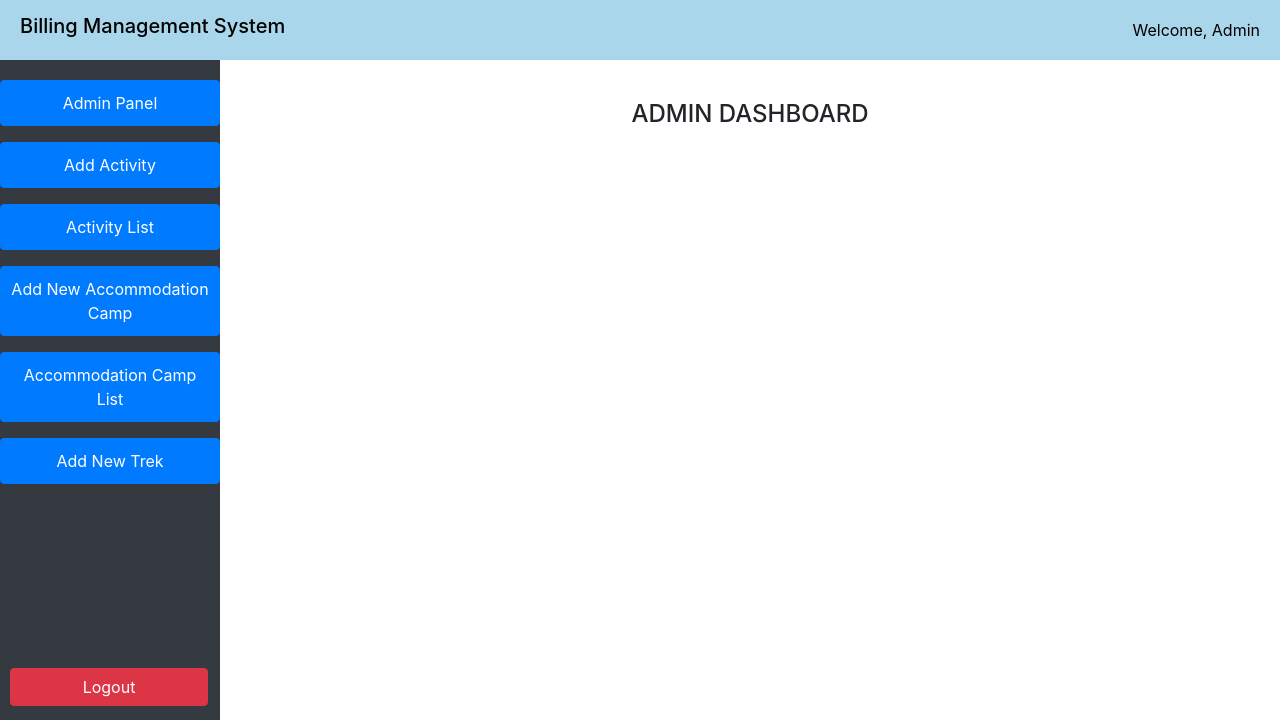
Repository: ruturajsurwase/Thymleaf-Projects
Page: http://localhost/admin_dashboard
The author's editor kept a copy of each file at every save. The page is drawn from the files as they stood at one save, then again after the next save.
The browser window is 1280 px wide. The pictures show the whole page.
Some web libraries are served in a nearby version. The page is this project's Thymeleaf template; nobody is signed in. The template is opened directly, without the code that normally fills it, so the values that code supplies are empty.

Above is the page before, as saved 2024-12-12 09:26:09.

### WEEKENDFEELS/src/main/resources/templates/admin_dashboard.html
<!DOCTYPE html>
<html xmlns:th="http://www.thymeleaf.org">
<head>
<title>Management System</title>
<link
	href="https://maxcdn.bootstrapcdn.com/bootstrap/4.5.2/css/bootstrap.min.css"
	rel="stylesheet">
<style>
.container {
	margin-top: 30px;
}

.topbar {
	width: 100%;
	height: 60px;
	background-color: #aad6ec;
	color: black;
	position: fixed;
	top: 0;
	left: 0;
	z-index: 1000;
	display: flex;
	align-items: center;
	justify-content: space-between;
	padding: 0 20px;
}

.sidebar {
	height: 100vh;
	position: fixed;
	left: 0;
	top: 60px;
	background-color: #343a40;
	color: white;
	padding-top: 20px;
	width: 220px;
}

.sidebar a {
	color: white;
	display: block;
	padding: 10px;
	text-decoration: none;
	font-size: 16px;
}

.sidebar a:hover {
	background-color: #81b1ce;
}

.content {
	margin-left: 220px;
	margin-top: 80px;
	padding: 20px;
}

.table th, .table td {
	vertical-align: middle;
}

.logout-btn {
	position: absolute;
	bottom: 74px;
	width: 90%;
	left: 10px;
}

</style>
</head>
<body>

	<!-- Topbar -->
	<div class="topbar">
		<div class="logo">
			<h5> Billing Management System</h5>
		</div>
		<div class="user-info">
			<span>Welcome, Admin</span>
		</div>
	</div>

	<!-- Sidebar -->
<div class="sidebar">

        <a href="/" class="btn btn-primary btn-block mb-3">Admin Panel</a>

		<a href="/add" 	class="btn btn-primary btn-block mb-3">Add Activity</a>

		<a href="/listActivities" 	class="btn btn-primary btn-block mb-3">Activity List</a>

		<a href="/accommodations/add" class="btn btn-primary btn-block mb-3">Add New Accommodation Camp</a>

	   <a href="/accommodations/add" class="btn btn-primary btn-block mb-3">Accommodation Camp List</a>

	    <a href="/trek/add" class="btn btn-primary btn-block mb-3">Add New Trek</a>


		<!-- Logout Button -->
    <form th:action="@{/logout}" method="post" class="logout-btn">
        <button type="submit" class="btn btn-danger btn-block">Logout</button>
    </form>


</div>

	<!-- Main Content -->
	<div class="content">
		<h4 class="text-center">ADMIN DASHBOARD</h4>
	</div>

<script src="https://code.jquery.com/jquery-3.5.1.slim.min.js"></script>
	<script
		src="https://cdn.jsdelivr.net/npm/@popperjs/core@2.5.4/dist/umd/popper.min.js"></script>
	<script
		src="https://stackpath.bootstrapcdn.com/bootstrap/4.5.2/js/bootstrap.min.js"></script>
</body>

</html>

After the next save:
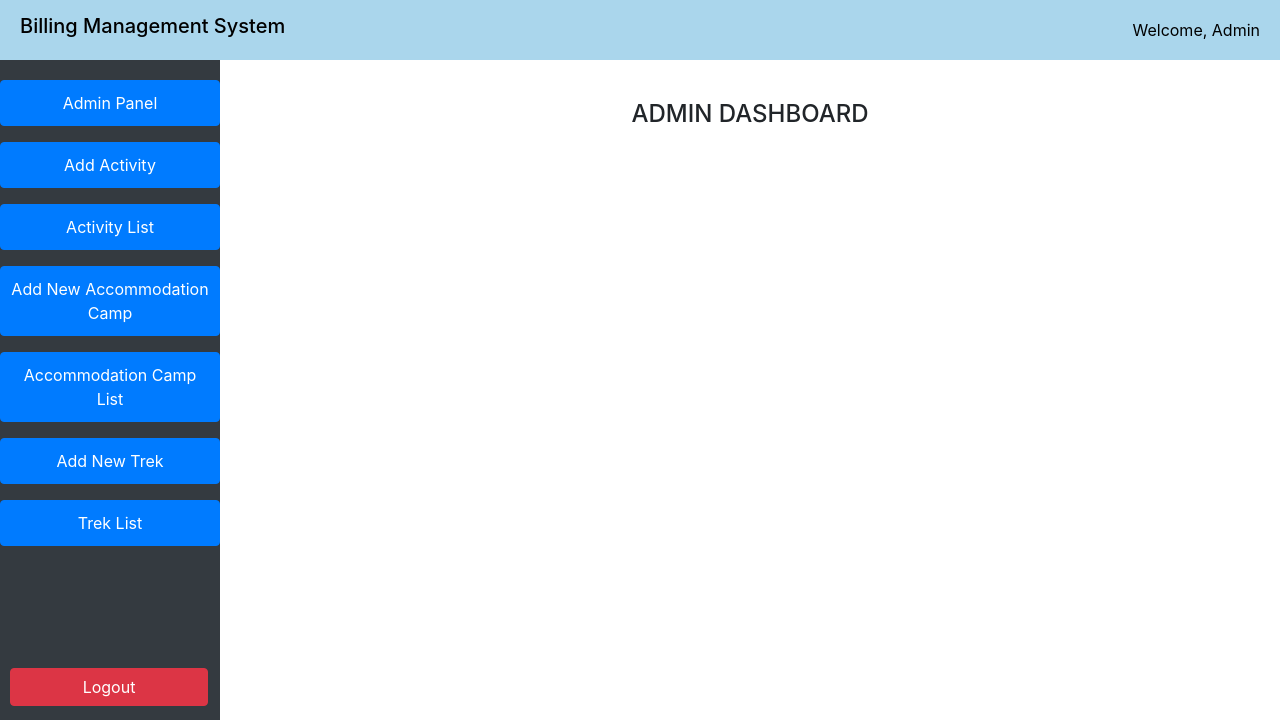
Saved 19 s later.
--- a/WEEKENDFEELS/src/main/resources/templates/admin_dashboard.html
+++ b/WEEKENDFEELS/src/main/resources/templates/admin_dashboard.html
@@ -94,6 +94,7 @@
 
 	    <a href="/trek/add" class="btn btn-primary btn-block mb-3">Add New Trek</a>
 
+	    <a href="/trek/add" class="btn btn-primary btn-block mb-3">Trek List</a>
 
 		<!-- Logout Button -->
     <form th:action="@{/logout}" method="post" class="logout-btn">
